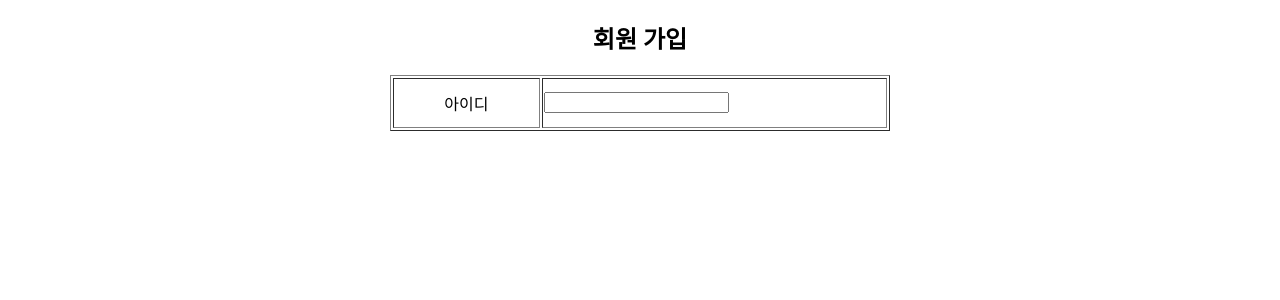
Repository: SuperHamzzi/JSPStudy
Page: http://localhost/JSP01/RequestJoin.jsp
An editor plug-in stored every save of this project. The page is shown before and after the next save, followed by the edit.
The browser window is 1280 px wide. The pictures show the whole page.
The page is served by Tomcat 9.

Above is the page before, as saved 2023-06-04 09:52:58.

After the next save:
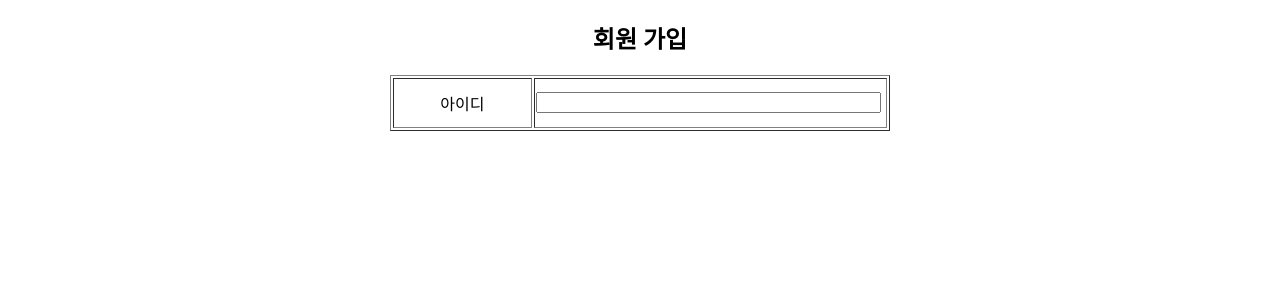
Saved 34 s later.
--- a/JSP01/WebContent/RequestJoin.jsp
+++ b/JSP01/WebContent/RequestJoin.jsp
@@ -15,7 +15,7 @@
 	<tr height="50">
 		<td width="150" align="center"> 아이디</td>
 		<td width="350">
-		<input type="text" name="id" size="20">
+		<input type="text" name="id" size="40">
 		</td>
 	</tr>
 	</table>
